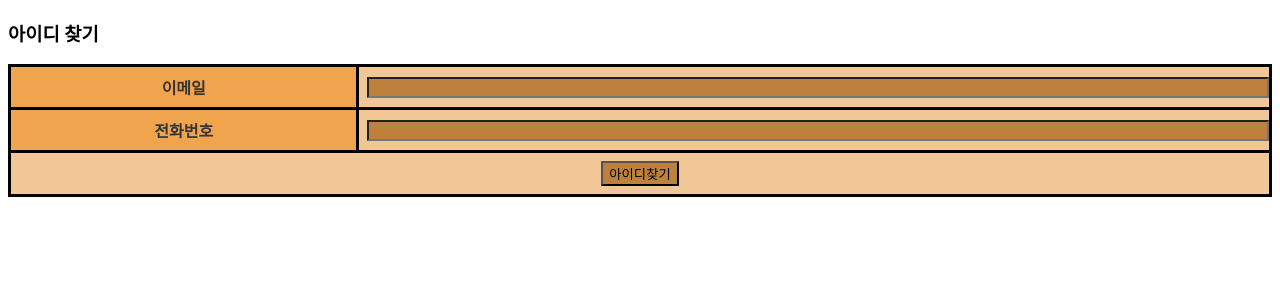
Repository: LucestDail/jdbcWorkspace
Page: http://localhost/jdbcProject/model1/member/idForm.jsp
These files come from the project's save history. The page is drawn as it stood at one moment and after the next save; the edit follows.
The browser window is 1280 px wide. The pictures show the whole page.
The page is served by Tomcat 9. Other server files are loaded and not shown.

Above is the page before, as saved 2020-11-20 02:24:54.

### jdbcProject/WebContent/model1/member/idForm.jsp
<%@ page language="java" contentType="text/html; charset=EUC-KR"
    pageEncoding="EUC-KR"%>
<!DOCTYPE html>
<html>
<head>
<meta charset="EUC-KR">
<title>Insert title here</title>
<link rel = "stylesheet" href = "../../css/main.css">
</head>
<body>
<h3> 아이디 찾기</h3>
<form action="id.jsp" method="post">
	<table>
		<tr>
			<th>이메일</th>
			<td>
				<input type = "text" name = "email">
			</td>
		</tr>
		<tr>
			<th>전화번호</th>
			<td>
				<input type = "text" name = "tel">
			</td>
		</tr>
		<tr>
			<td colspan = "2">
				<input type = "submit" value = "아이디찾기">
			</td>
		</tr>
	</table>
</form>
</body>
</html>

### jdbcProject/WebContent/css/main.css
@charset "EUC-KR";
table{
	width:100%;
	border-collapse: collapse;
}

th,td{
	border: 3px solid black;
	text-align:center;
	padding: 8px;
}
th{
	background-color: #F0A44D;
	color: #353535;
}
td{
	background-color: #F2C796;
}
caption{
	color:#111111;
	font-size: 20px;
	background-color: #704D24;
}
input[type=text], input[type=password]{
	width: 100%;
}
textarea {
	width: 100%;
	height: 200px;
	padding: 10px;
	box-sizing: border-box;
	border: solid 2px #1E90FF;
	border-radius: 5px;
	font-size: 16px;
	resize: both;
}

input{
	background-color: #BD813D;
}

After the next save:
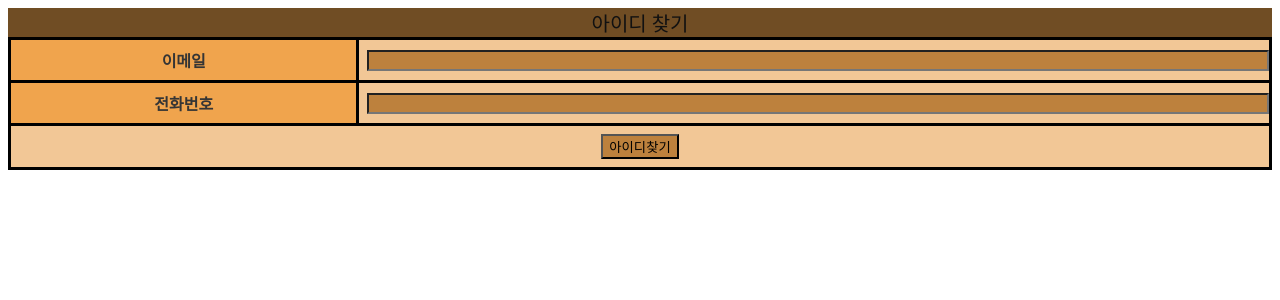
Saved 2 min 56 s later.
--- a/jdbcProject/WebContent/model1/member/idForm.jsp
+++ b/jdbcProject/WebContent/model1/member/idForm.jsp
@@ -8,9 +8,8 @@
 <link rel = "stylesheet" href = "../../css/main.css">
 </head>
 <body>
-<h3> 아이디 찾기</h3>
 <form action="id.jsp" method="post">
-	<table>
+	<table><caption>아이디 찾기</caption>
 		<tr>
 			<th>이메일</th>
 			<td>
